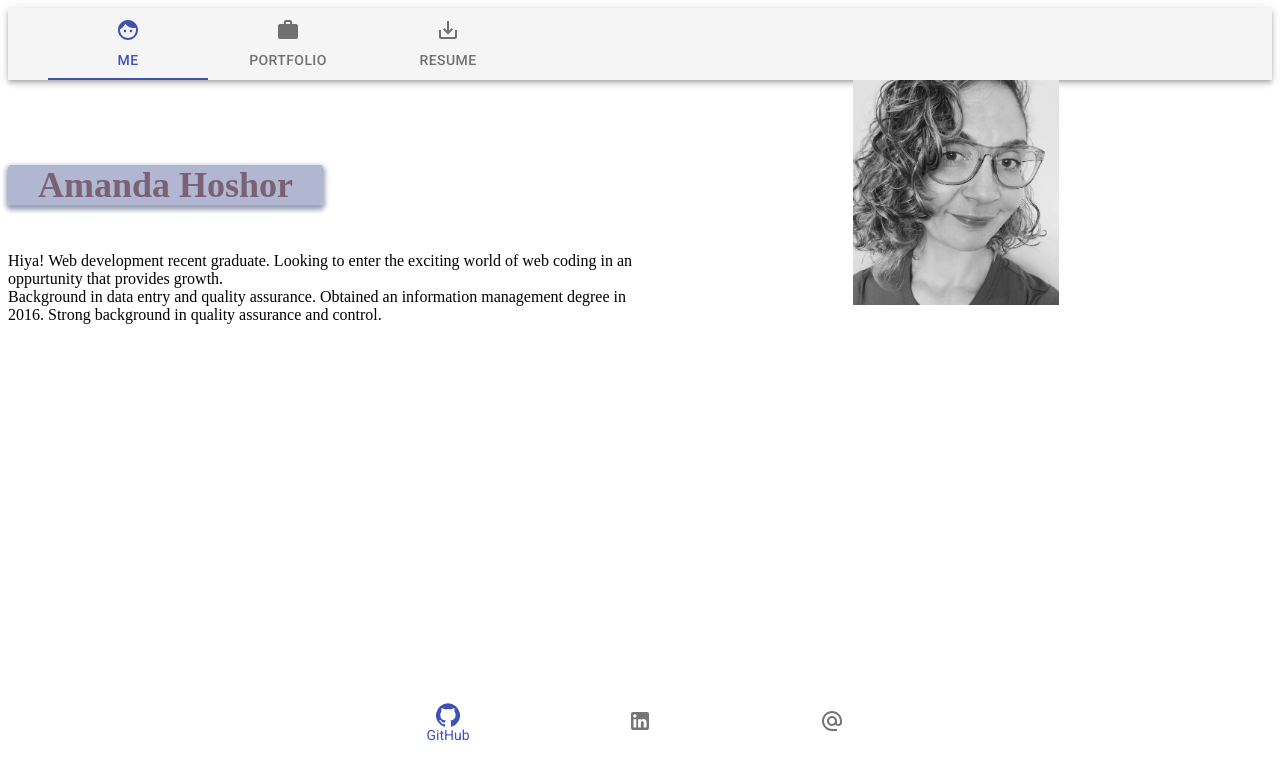
Repository: mandahos/hoshor
Page: /
An editor plug-in stored every save of this project. The page is shown before and after the next save, followed by the edit.
The browser window is 1280 px wide. The pictures show the whole page.
The project was rebuilt for these pictures with package versions that can differ from the ones it lists, and the page was loaded fresh each time. Also part of the build but not shown: src/components/Portfolio/index.js, src/components/Resume/index.js. Imported but missing from the stored project, and not drawn on this page: src/assets/resume/Amanda_Hoshor_Resume.PDF, src/assets/resume/Resume_Hoshor (1).pdf.

Above is the page before, as saved 2021-08-22 08:28:40.

### public/index.html
<!DOCTYPE html>
<html lang="en">
  <head>
    <meta charset="utf-8" />
    <link rel="icon" href="%PUBLIC_URL%/favicon.ico" />
    <meta name="viewport" content="width=device-width, initial-scale=1" />
    <meta name="theme-color" content="#000000" />
    <meta
      name="description"
      content="Web site created using create-react-app"
    />
    <link rel="apple-touch-icon" href="%PUBLIC_URL%/logo192.png" />
    <link rel="stylesheet" href="https://fonts.googleapis.com/css?family=Roboto:300,400,500,700&display=swap" />

    <!--
      manifest.json provides metadata used when your web app is installed on a
      user's mobile device or desktop. See https://developers.google.com/web/fundamentals/web-app-manifest/
    -->

    <link rel="stylesheet" href="https://fonts.googleapis.com/icon?family=Material+Icons" />
    <link rel="manifest" href="%PUBLIC_URL%/manifest.json" />
    <!--
      Notice the use of %PUBLIC_URL% in the tags above.
      It will be replaced with the URL of the `public` folder during the build.
      Only files inside the `public` folder can be referenced from the HTML.

      Unlike "/favicon.ico" or "favicon.ico", "%PUBLIC_URL%/favicon.ico" will
      work correctly both with client-side routing and a non-root public URL.
      Learn how to configure a non-root public URL by running `npm run build`.
    -->
    <title>Hoshor</title>
  </head>
  <body>
    <noscript>You need to enable JavaScript to run this app.</noscript>
    <div id="root"></div>
    <!--
      This HTML file is a template.
      If you open it directly in the browser, you will see an empty page.

      You can add webfonts, meta tags, or analytics to this file.
      The build step will place the bundled scripts into the <body> tag.

      To begin the development, run `npm start` or `yarn start`.
      To create a production bundle, use `npm run build` or `yarn build`.
    -->
  </body>
</html>

### src/index.js
import React from 'react';
import ReactDOM from 'react-dom';
import './css/styles.css';
import App from './App';

ReactDOM.render(
  <React.StrictMode>
    <App />

  </React.StrictMode>,
  document.getElementById('root')
);

// If you want to start measuring performance in your app, pass a function
// to log results (for example: reportWebVitals(console.log))
// or send to an analytics endpoint. Learn more: https://bit.ly/CRA-vitals

### src/css/styles.css
.App {
  font-family: Arial, Helvetica, sans-serif;
  text-align: center;
  background-color: #7A6174;
  color: white
}
h1 {
  font-size: 48px;

}
h2 {
  font-size: 14px
}
.About {
  font-family: Cambria, Cochin, Georgia, Times, 'Times New Roman', serif
}
h3 {
  text-align: left;
}

p {
  text-align: left;
}

### src/App.js
import React, { useState } from "react";
import "./css/styles.css";
import  Navigation from "./components/Navigation";
import  Footer  from "./components/Footer";
import { makeStyles } from '@material-ui/core/styles';


// import background from "./assets/images/plug.png"


export default function App() {

  return (
    <div >
      <Navigation />



        <Footer />
    </div>
  )
}

### src/components/Navigation/index.js
import React from 'react';
import PropTypes from 'prop-types';
import { makeStyles } from '@material-ui/core/styles';
import AppBar from '@material-ui/core/AppBar';
import Tabs from '@material-ui/core/Tabs';
import Tab from '@material-ui/core/Tab';

import FaceIcon from '@material-ui/icons/Face';
import WorkIcon from '@material-ui/icons/Work';
import SaveAltIcon from '@material-ui/icons/SaveAlt';

import Typography from '@material-ui/core/Typography';
import Box from '@material-ui/core/Box';

import Me from '../Me/index'
import Portfolio from '../Portfolio/index'
import Resume from '../Resume/index'

function TabPanel(props) {
  const { children, value, index, ...other } = props;

  return (
    <div
      role="tabpanel"
      hidden={value !== index}
      id={`scrollable-force-tabpanel-${index}`}
      aria-labelledby={`scrollable-force-tab-${index}`}
      {...other}
    >
      {value === index && (
        <Box p={3}>
          <Typography>{children}</Typography>
        </Box>
      )}
    </div>
  );
}

TabPanel.propTypes = {
  children: PropTypes.node,
  index: PropTypes.any.isRequired,
  value: PropTypes.any.isRequired,
};

function a11yProps(index) {
  return {
    id: `scrollable-force-tab-${index}`,
    'aria-controls': `scrollable-force-tabpanel-${index}`,
  };
}

const useStyles = makeStyles((theme) => ({
  root: {
    flexGrow: 1,
    width: '100%',
    backgroundColor: theme.palette.background.paper,
  },
}));

export default function ScrollableTabsButtonForce() {
  const classes = useStyles();
  const [value, setValue] = React.useState(0);

  const handleChange = (event, newValue) => {
    setValue(newValue);
  };


  return (
    <>
      <div className={classes.root}>
        <AppBar position="static" color="default">
          <Tabs
            value={value}
            onChange={handleChange}
            variant="scrollable"
            scrollButtons="on"
            indicatorColor="primary"
            textColor="primary"
            aria-label="scrollable force tabs example"
          >

            <Tab label="Me" icon={<FaceIcon />} {...a11yProps(0)} />
            <Tab label="Portfolio" icon={<WorkIcon />} {...a11yProps(1)} />
            <Tab label="Resume" icon={<SaveAltIcon />} {...a11yProps(2)} />
          </Tabs>
        </AppBar>


        {value === 0 && <Me />}
        {value === 1 && <Portfolio />}
        {value === 2 && <Resume />}

      </div>
    </>
  );
}

### src/components/Footer/index.js
import React from 'react';
import { makeStyles } from '@material-ui/core/styles';
import BottomNavigation from '@material-ui/core/BottomNavigation';
import BottomNavigationAction from '@material-ui/core/BottomNavigationAction';
import LinkedInIcon from '@material-ui/icons/LinkedIn';
import GitHubIcon from '@material-ui/icons/GitHub';
import AlternateEmailIcon from '@material-ui/icons/AlternateEmail';
import CSS from './footer.css'

const useStyles = makeStyles({
  root: {
    width: 500,


  },
});

export default function LabelBottomNavigation() {
  const footer = useStyles();
  const [value, setValue] = React.useState('recents');

  const handleChange = (event, newValue) => {
    setValue(newValue);
  };

  return (
    <BottomNavigation value={value} onChange={handleChange} className={footer}>
      <BottomNavigationAction a href="https://github.com/mandahos" label="GitHub" value="recents" icon={<GitHubIcon />} />
      <BottomNavigationAction a href="https://www.linkedin.com/in/amanda-hoshor/" label="LinkedIn" value="favorites" icon={<LinkedInIcon />} />
      <BottomNavigationAction a href="mailto:hoshor.manda@gmail.com" label="Email" value="nearby" icon={<AlternateEmailIcon />} />

    </BottomNavigation>
  );
}

### src/components/Me/index.js
import React from 'react';
import {
  Container,
  Stack,
  Flex,
  Box,
  Heading,
  Text,
  Image

} from '@chakra-ui/react';
import { makeStyles } from '@material-ui/core/styles';


import picture from '../../assets/images/portfolio.jpg'

const useStyles = makeStyles({
  header: {
    background: '#b1b7d1',
    border: 0,
    borderRadius: 3,
    boxShadow: '0 3px 5px 2px #9b9fb5',

    color: '#7a6174',
    height: 48,
    padding: '0 30px',

  },
});

const Me = () => {
  const classes = useStyles();
  return (

    <Container maxW={'7xl'} >
      <Stack
        align={'center'}
        spacing={{ base: 8, md: 10 }}
        py={{ base: 20, md: 28 }}
        direction={{ base: 'column', md: 'row' }}
        >

        <Stack flex={1} spacing={{ base: 5, md: 10 }}>
          <Heading
            lineHeight={1.1}
            fontWeight={800}
            fontSize={36}

            >
            <Text
              as={'span'}
              position={'relative'}
              _after={{
                content: "''",
                width: 'full',
                height: '80%',
                position: 'absolute',
                bottom: 1,
                left: 0,
                bg: 'red.400',
                zIndex: -1,


              }}
              className={classes.header}>
              Amanda Hoshor
            </Text>
            <br />

          </Heading>
          <Text color={'black.500'}>
            Hiya! Web development recent graduate. Looking to enter the exciting world of web coding in an oppurtunity that provides growth.
            <br/>
            Background in data entry and quality assurance. Obtained an information management degree in 2016. Strong background in quality assurance and control.
          </Text>
          <Stack
            spacing={{ base: 4, sm: 6 }}
            direction={{ base: 'column', sm: 'row' }}>

          </Stack>
        </Stack>
        <Flex
          flex={1}
          justify={'center'}
          align={'center'}
          position={'relative'}
          w={'full'}>

          <Box
            position={'relative'}
            height={'300px'}
            rounded={'2xl'}
            boxShadow={'2xl'}
            width={'full'}
            overflow={'hidden'}>

            <Image
              alt={'Me'}
              fit={'cover'}
              align={'center'}
              w={'100%'}
              h={'75%'}
              src={
                picture
              }
            />
          </Box>
        </Flex>
      </Stack>
    </Container>
  );
}

export default Me;

### src/components/Footer/footer.css
.root {
    display: block;
    margin-left: auto;
    margin-right: auto;
    margin-top: 25%;
    justify-content: center;
    position: relative;
    bottom: 0;

}

After the next save:
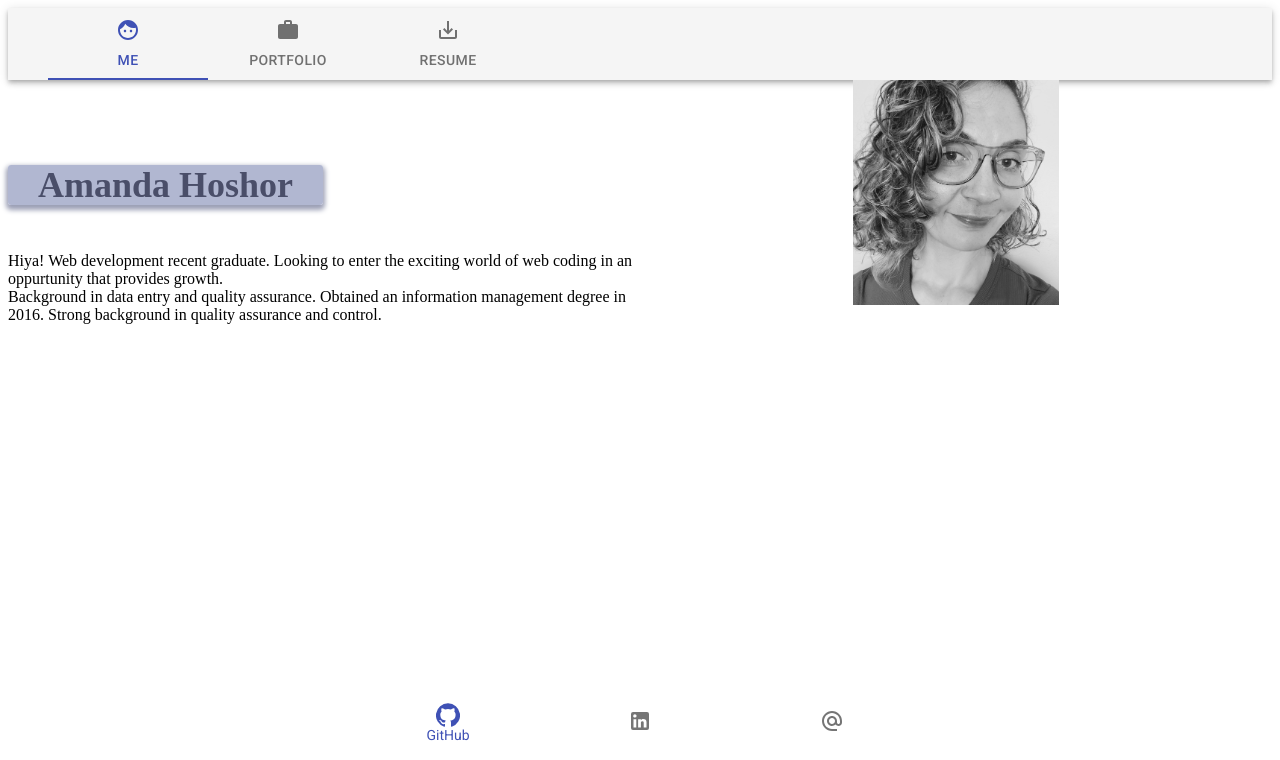
Saved 50 s later.
--- a/src/components/Me/index.js
+++ b/src/components/Me/index.js
@@ -21,7 +21,7 @@ const useStyles = makeStyles({
     borderRadius: 3,
     boxShadow: '0 3px 5px 2px #9b9fb5',
 
-    color: '#7a6174',
+    color: '#4a4e69',
     height: 48,
     padding: '0 30px',
 
